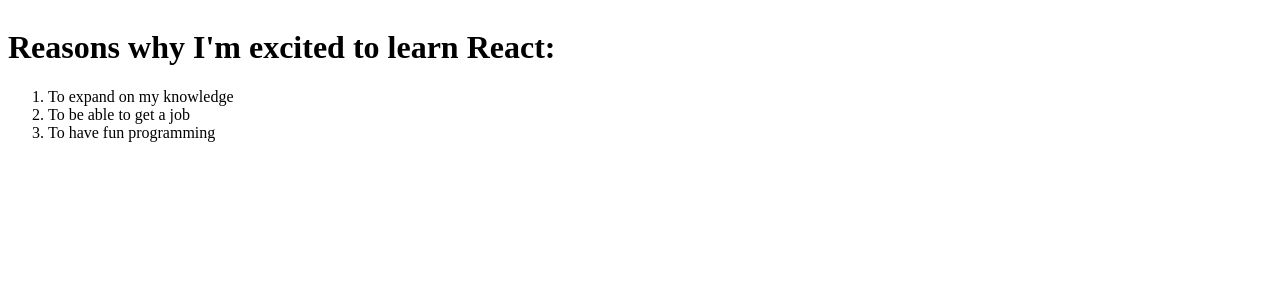
Repository: evemcd/scrimba-react1
Page: index.html
The author's editor kept a copy of each file at every save. The page is drawn from the files as they stood at one save, then again after the next save.
The browser window is 1280 px wide. The pictures show the whole page.
Some web libraries are served in a nearby version.

Above is the page before, as saved 2023-07-31 10:17:35.

### index.html
<html>

<head>
    <link rel="stylesheet" href="index.css">
    <script crossorigin src="https://unpkg.com/react@17/umd/react.development.js"></script>
    <script crossorigin src="https://unpkg.com/react-dom@17/umd/react-dom.development.js"></script>
    <script src="https://unpkg.com/babel-standalone@6/babel.min.js"></script>
</head>

<body>
    <div id="root"></div>
    <script src="index3.js" type="text/babel"></script>
</body>

</html>

### index3.js
/**
Challenge:
Part 1: Create a page of your own using a custom Page component
It should return an ordered list with the reasons why you're excited to be learning React :)
Render your list to the page

 */

function PageComponent() {
    return (
        <div>
            <img scr="./react-logo.png" />
            <h1>Reasons why I'm excited to learn React:</h1>
            <ol>
                <li>To expand on my knowledge</li>
                <li>To be able to get a job</li>
                <li>To have fun programming</li>
            </ol>
        </div>
    )
}

ReactDOM.render(
    <div>
        <PageComponent />
    </div>,
    document.getElementById("root")
)

Loaded but not shown: index.css (no copy from this time; the picture is the same without it)

After the next save:
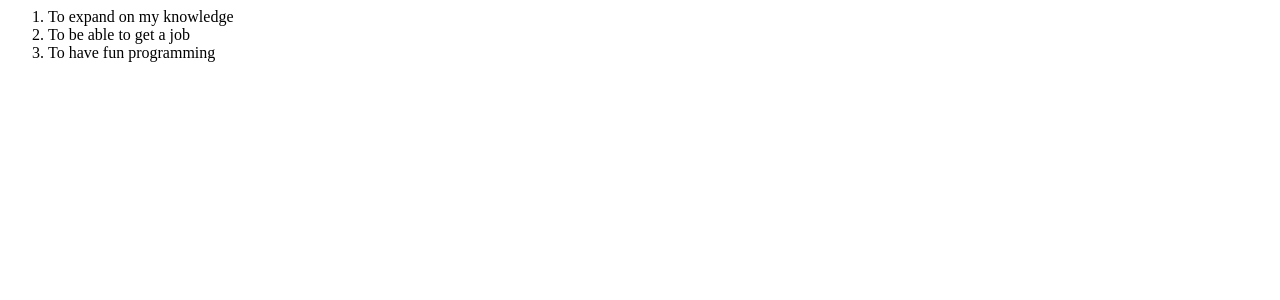
Saved 44 min 46 s later.
--- a/index3.js
+++ b/index3.js
@@ -8,15 +8,11 @@
 
 function PageComponent() {
     return (
-        <div>
-            <img scr="./react-logo.png" />
-            <h1>Reasons why I'm excited to learn React:</h1>
-            <ol>
-                <li>To expand on my knowledge</li>
-                <li>To be able to get a job</li>
-                <li>To have fun programming</li>
-            </ol>
-        </div>
+        <ol>
+            <li>To expand on my knowledge</li>
+            <li>To be able to get a job</li>
+            <li>To have fun programming</li>
+        </ol>
     )
 }
 
